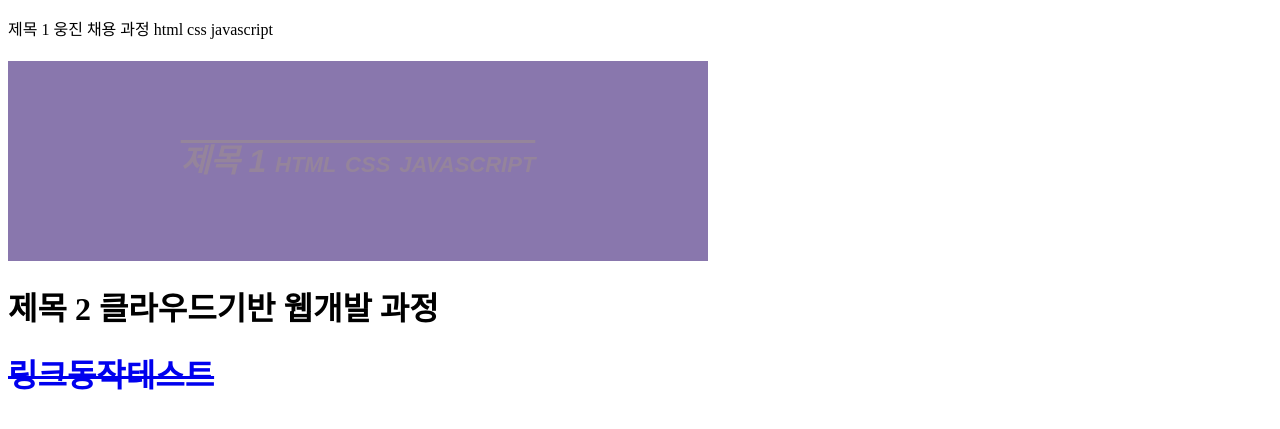
Repository: Kray273/JSLab
Page: css/src/main/webapp/Day97/textstyle.html
These files come from the project's save history. The page is drawn as it stood at one moment and after the next save; the edit follows.
The browser window is 1280 px wide. The pictures show the whole page.

Above is the page before, as saved 2022-11-25 05:48:16.

After the next save:
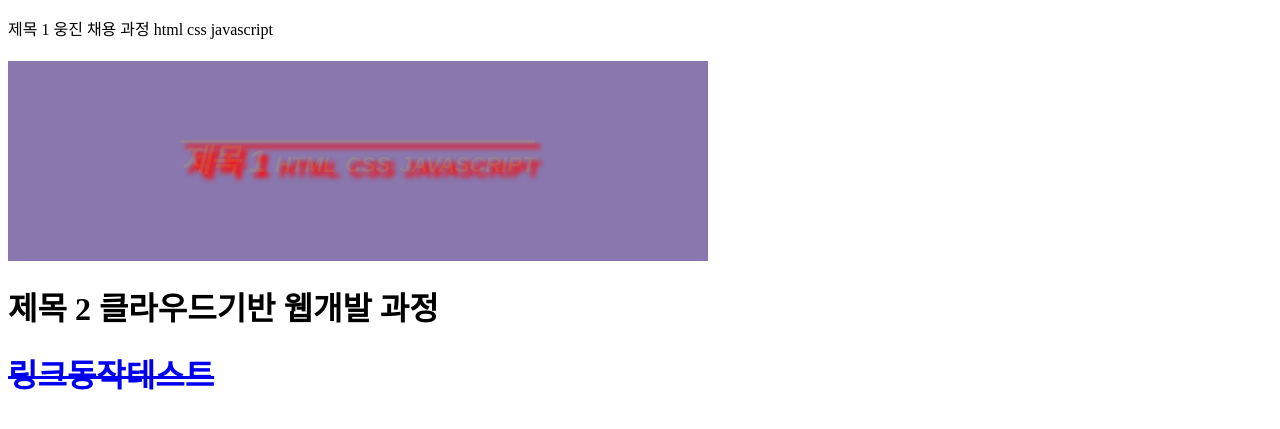
Saved 90 s later.
--- a/css/src/main/webapp/Day97/textstyle.html
+++ b/css/src/main/webapp/Day97/textstyle.html
@@ -28,7 +28,8 @@
 
 		/* decoration */
 		text-decoration: overline;
-		text-shadow: 5px red;
+		/* text-shadow: x위치 y위치 음영흐리기 색; */
+		text-shadow: 5px 5px 5px red;
 
 	}
 
